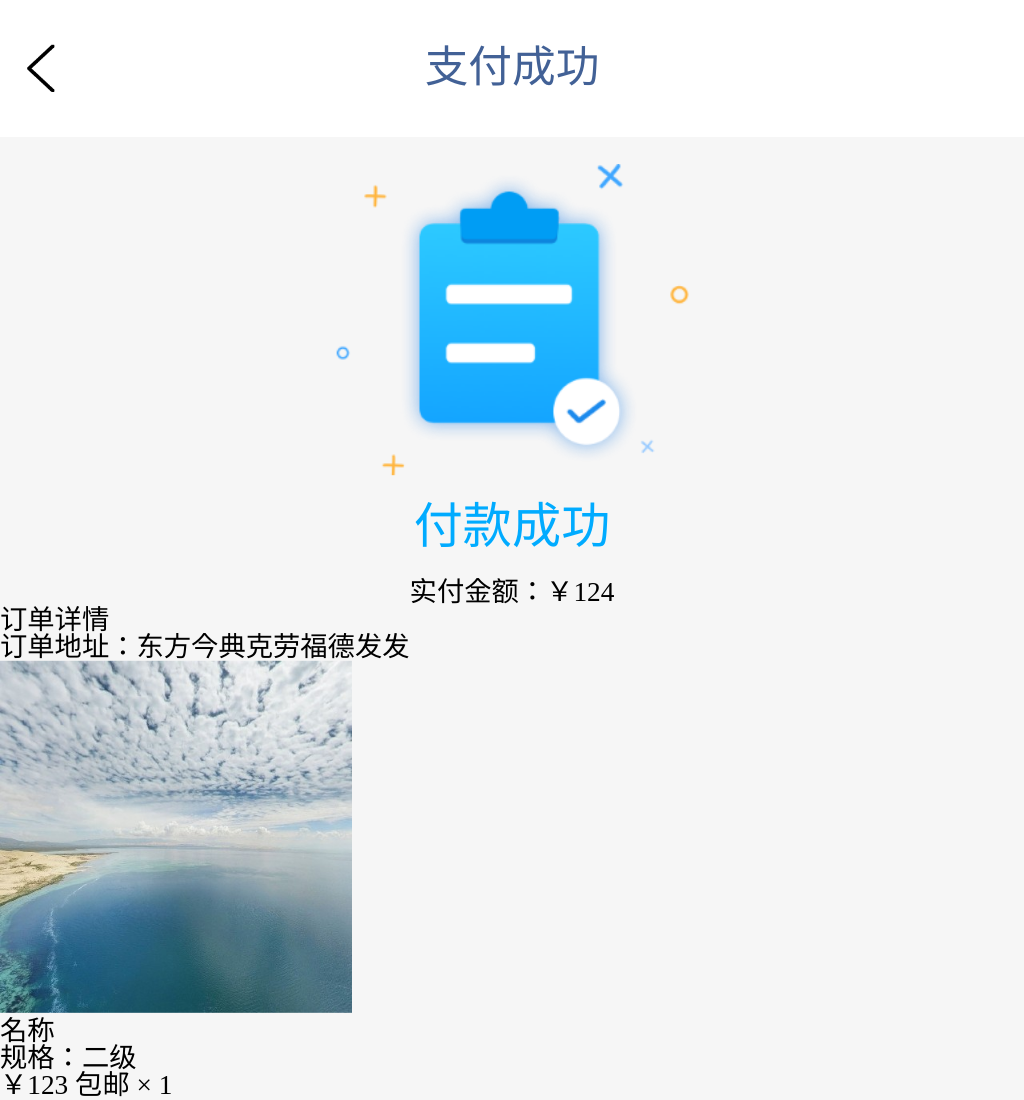
Repository: 421538074/sell
Page: consumer/pay-success.html
These files come from the project's save history. The page is drawn as it stood at one moment and after the next save; the edit follows.
The browser window is 1280 px wide. The pictures show the whole page, at 80% of full size.

Above is the page before, as saved 2019-05-31 15:12:40.

After the next save:
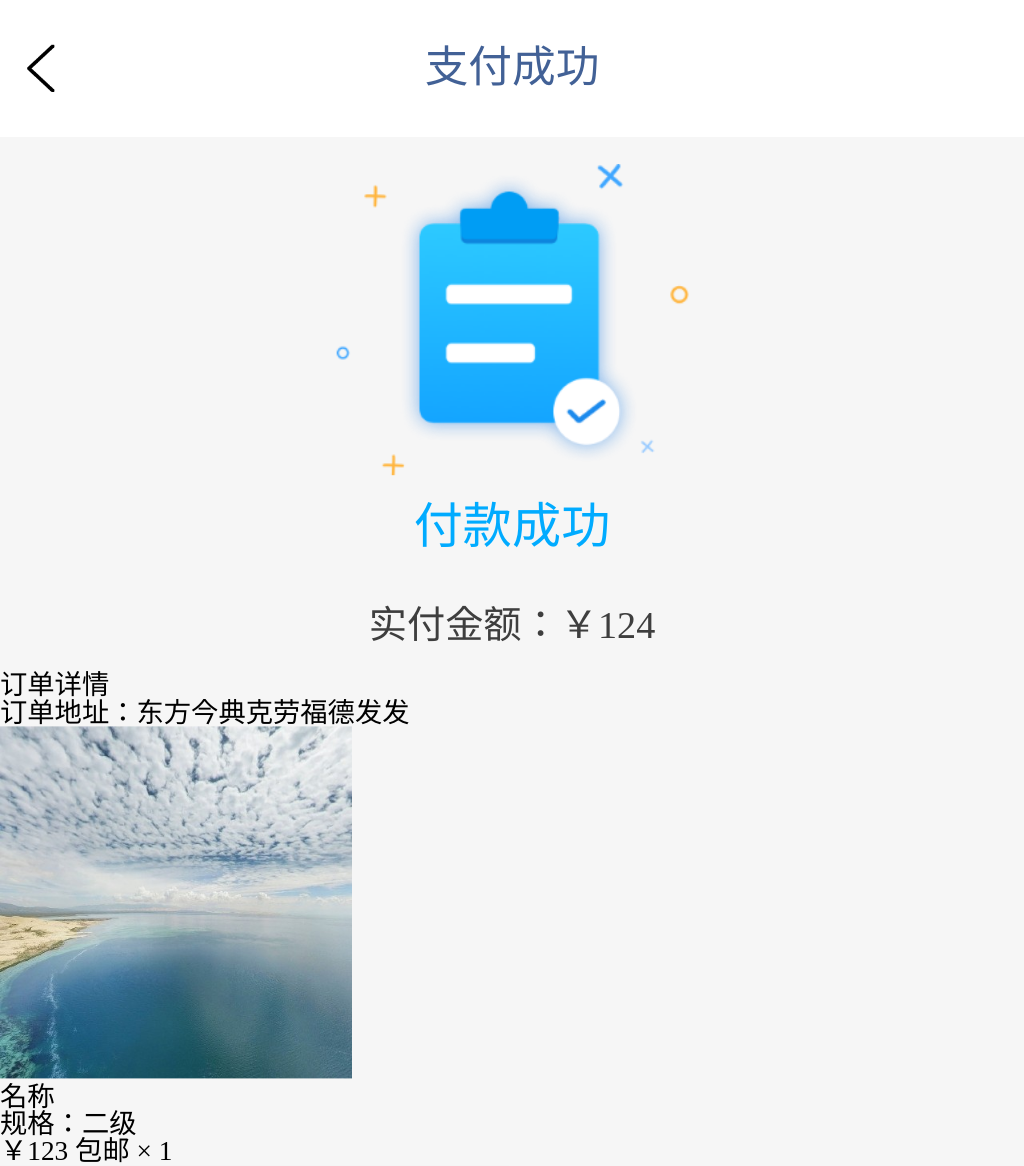
Saved 22 s later.
--- a/consumer/css/pay-success.css
+++ b/consumer/css/pay-success.css
@@ -17,3 +17,8 @@ p.order-success-title {
     font-size: 1.8rem;
     margin: 1rem;
 }
+p.show-actual-money {
+    color: #3E3E3E;
+    font-size: 1.4rem;
+    margin: 1rem;
+}
